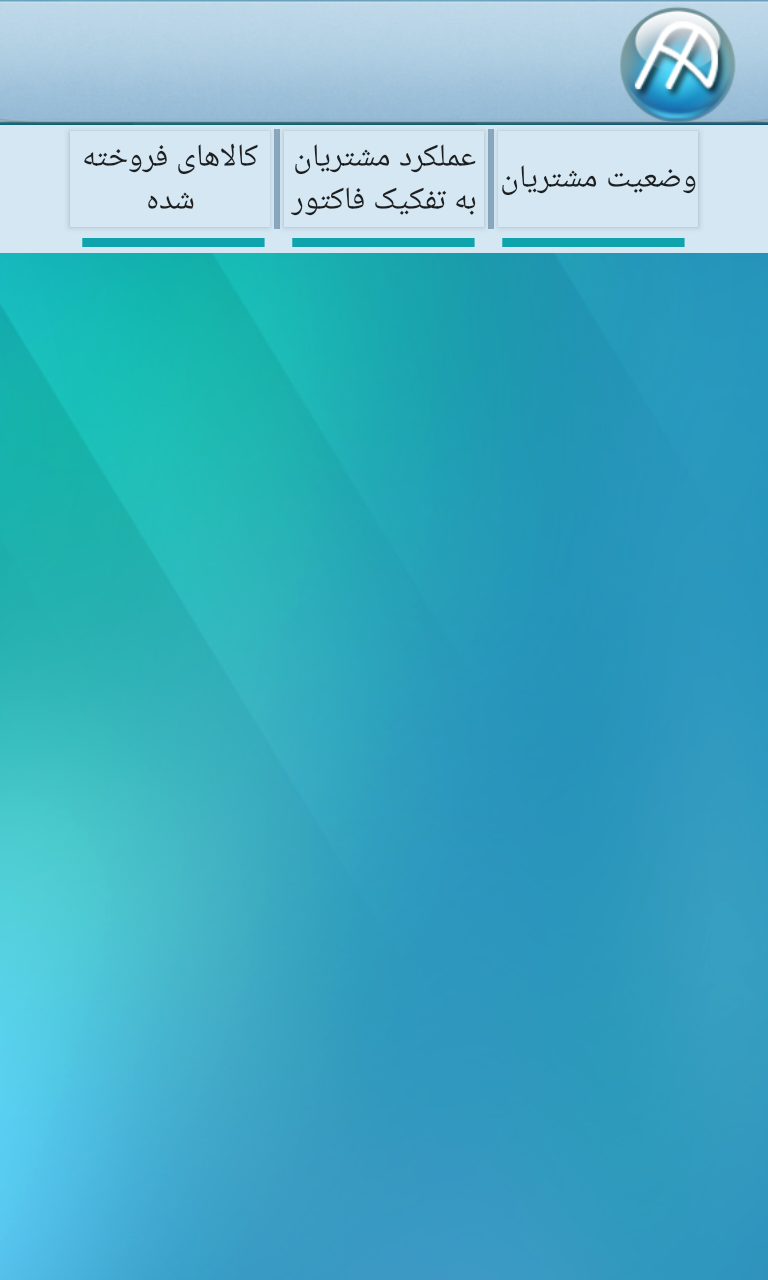
Repository: AtiehPardaz/Reports-Mobile
Layout: Reportsmobile/res/layout/activity_forosh.xml
An editor plug-in stored every save of this project. The layout is shown before and after the next save, followed by the edit.
It is drawn on a 768 x 1280 px phone screen (xhdpi) without system bars, with theme AppTheme; the app's code is not run.

Above is the layout before, as saved 2015-03-09 12:21:47.

### Reportsmobile/res/layout/activity_forosh.xml
<RelativeLayout xmlns:android="http://schemas.android.com/apk/res/android"
    android:layout_width="fill_parent"
    android:layout_height="fill_parent"
    android:background="@drawable/backgroundsade" >

<LinearLayout
    android:layout_width="match_parent"
    android:layout_height="match_parent"
    android:orientation="vertical" >

    <LinearLayout
        android:layout_width="match_parent"
        android:layout_height="wrap_content"
        android:background="@drawable/actionbar"
        android:gravity="right" >

        <ImageButton
            android:id="@+id/imgbtn_menu_home"
            android:layout_width="wrap_content"
            android:layout_height="wrap_content"
            android:layout_gravity="center"
            android:layout_marginRight="15dp"
            android:background="@drawable/homebutton"
            android:onClick="btnmenu"
            android:src="@drawable/btn_clickmenu" />
    </LinearLayout>

    <LinearLayout
        android:layout_width="match_parent"
        android:layout_height="wrap_content"
        android:background="@color/blue_actionbar2color"
        android:gravity="center"
        android:orientation="horizontal" >

        <Button
            android:id="@+id/button3"
            android:layout_width="100dp"
            android:layout_height="wrap_content"
            android:background="@color/blue_actionbar2color"
            android:text="کالاهای فروخته شده"
            android:textSize="16sp" />

        <View
            android:id="@+id/View02"
            android:layout_width="3dp"
            android:layout_height="50dp"
            android:layout_gravity="top"
            android:layout_margin="2dp"
            android:background="#88a6bd" />

        <Button
            android:id="@+id/button2"
            android:layout_width="100dp"
            android:layout_height="wrap_content"
            android:background="@color/blue_actionbar2color"
            android:text="عملکرد مشتریان به تفکیک فاکتور"
            android:textSize="16sp" />

        <View
            android:id="@+id/View03"
            android:layout_width="3dp"
            android:layout_height="50dp"
            android:layout_gravity="top"
            android:layout_margin="2dp"
            android:background="#88a6bd" />

        <Button
            android:id="@+id/button1"
            android:layout_width="100dp"
            android:layout_height="wrap_content"
            android:background="@color/blue_actionbar2color"
            android:text="وضعیت مشتریان"
            android:textSize="16sp" />

    </LinearLayout>

    <LinearLayout
        android:layout_width="match_parent"
        android:layout_height="10dp"
        android:layout_gravity="center"
        android:background="@color/blue_actionbar2color"
        android:gravity="center" >

 <ImageButton
     android:id="@+id/ImageButton02"
     android:layout_width="100dp"
     android:layout_height="wrap_content"
     android:layout_marginRight="5dp"
     android:background="@drawable/underline" />

 <ImageButton
     android:id="@+id/ImageButton01"
     android:layout_width="100dp"
     android:layout_height="wrap_content"
     android:layout_marginRight="5dp"
    android:background="@drawable/underline" />

 <ImageButton
     android:id="@+id/imageButton2"
     android:layout_width="100dp"
     android:layout_height="wrap_content"
     android:background="@drawable/underline" />

    </LinearLayout>
</LinearLayout>

<LinearLayout
    android:id="@+id/linearmenu"
    android:layout_width="match_parent"
    android:layout_height="wrap_content"
    android:gravity="right"
    android:visibility="gone" >

    <LinearLayout
        android:layout_width="wrap_content"
        android:layout_height="wrap_content"
        android:layout_marginRight="2dp"
        android:layout_marginTop="55dp"
        android:background="@drawable/menubackground"
        android:gravity="right"
        android:orientation="vertical" >

        <ImageButton
            android:id="@+id/imgbtn_forosh_home"
            android:layout_width="wrap_content"
            android:layout_height="wrap_content"
            android:layout_marginTop="5dp"
            android:background="@drawable/btnforosh"
            android:src="@drawable/btn_click" />

        <ImageButton
            android:id="@+id/imgbtn_khazane_home"
            android:layout_width="wrap_content"
            android:layout_height="wrap_content"
            android:background="@drawable/btnkhazane"
            android:src="@drawable/btn_click" />

        <ImageButton
            android:id="@+id/imgbtn_hesabdari_home"
            android:layout_width="wrap_content"
            android:layout_height="wrap_content"
            android:background="@drawable/btnhesabdari"
            android:src="@drawable/btn_click" />

        <ImageButton
            android:id="@+id/imgbtn_kala_home"
            android:layout_width="wrap_content"
            android:layout_height="wrap_content"
            android:background="@drawable/btnkala"
            android:src="@drawable/btn_click" />

        <ImageButton
            android:id="@+id/imgbtn_domain_home"
            android:layout_width="wrap_content"
            android:layout_height="wrap_content"
            android:layout_marginBottom="5dp"
            android:background="@drawable/btndomain"
            android:src="@drawable/btn_click" />
    </LinearLayout>

</LinearLayout>

</RelativeLayout>

### Reportsmobile/res/drawable/btn_clickmenu.xml
<selector xmlns:android="http://schemas.android.com/apk/res/android">
<item android:state_focused="true" android:drawable="@drawable/homebtnclick"/>
<item android:state_pressed="true" android:drawable="@drawable/homebtnclick" />
<item android:state_selected="true" android:drawable="@drawable/homebtnclick" />


</selector>

### Reportsmobile/res/values/colors.xml
<?xml version="1.0" encoding="utf-8"?>
<resources>

    <color name="first_row_text_color">#000000</color>
    <color name="holidays_text_color">#FF0000</color>
    <color name="first_row_background_color">#DDDDDD</color>

    <!-- solely used on QiblaCompassView -->
    <color name="background_color">#6E97B9</color>
    <color name="marker_color">#FFFFFF</color>
    <color name="text_color">#000000</color>
    <color name="bg_action_green">#3BB18E</color>
    <color name="bg_action_gray"> #dddddd</color>
    <color name="white_color"> #ffffff</color>
    <color name="blue_titlecolor"> #293897</color>
     <color name="blue_actionbar2color"> #d4e7f3</color>


</resources>

### Reportsmobile/res/drawable/btn_click.xml
<selector xmlns:android="http://schemas.android.com/apk/res/android">
<item android:state_focused="true" android:drawable="@drawable/btnclick"/>
<item android:state_pressed="true" android:drawable="@drawable/btnclick" />

</selector>

Loaded but not shown: Reportsmobile/res/values/styles.xml (common file); Reportsmobile/res/values-v11/styles.xml (common file); Reportsmobile/res/values-v14/styles.xml (common file)

After the next save:
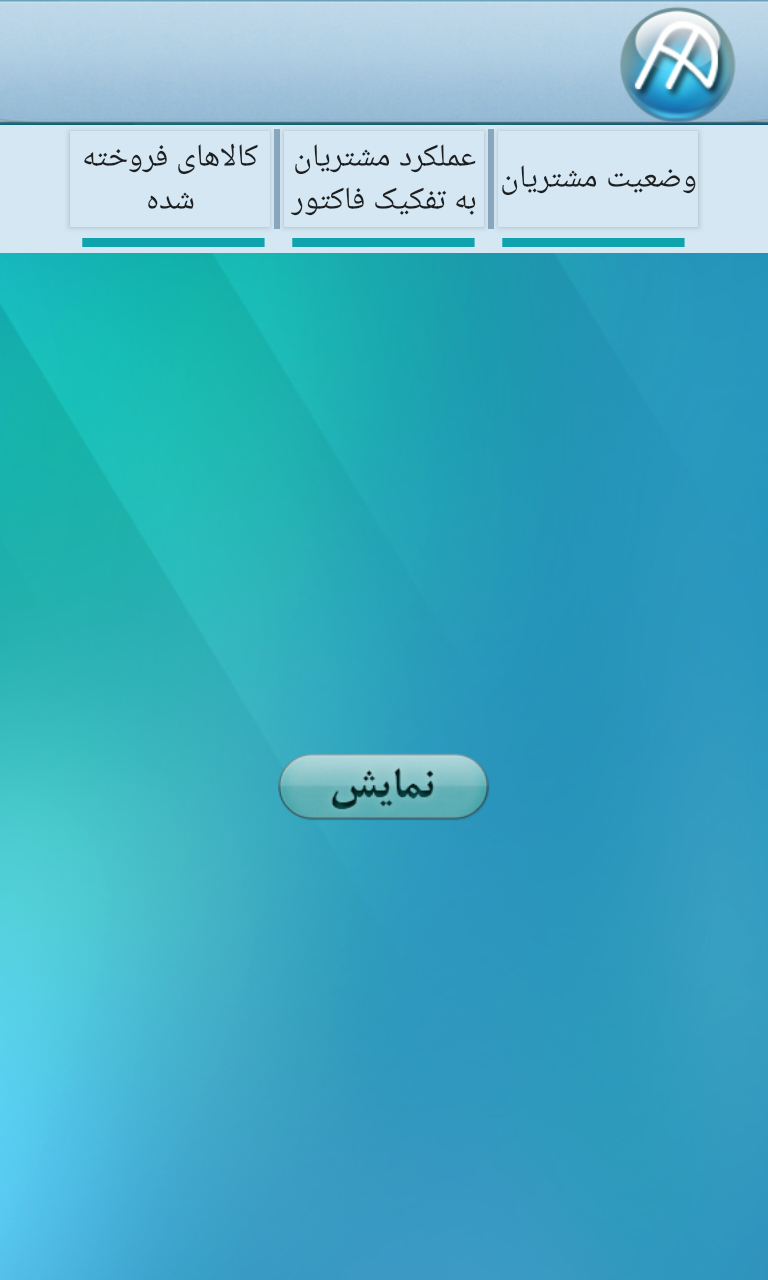
Saved 37 s later.
--- a/Reportsmobile/res/layout/activity_forosh.xml
+++ b/Reportsmobile/res/layout/activity_forosh.xml
@@ -102,6 +102,25 @@
      android:background="@drawable/underline" />
 
     </LinearLayout>
+
+    <LinearLayout
+        android:layout_width="match_parent"
+        android:layout_height="match_parent"
+        android:layout_gravity="center"
+        android:layout_weight="1"
+        android:gravity="center"
+        android:orientation="vertical"
+        android:padding="30dp" >
+
+        <ImageButton
+            android:id="@+id/imageButton3"
+            android:layout_width="wrap_content"
+            android:layout_height="wrap_content"
+            android:layout_marginTop="20dp"
+            android:background="@drawable/btnnamayesh"
+            android:src="@drawable/btn_click" />
+
+    </LinearLayout>
 </LinearLayout>
 
 <LinearLayout
